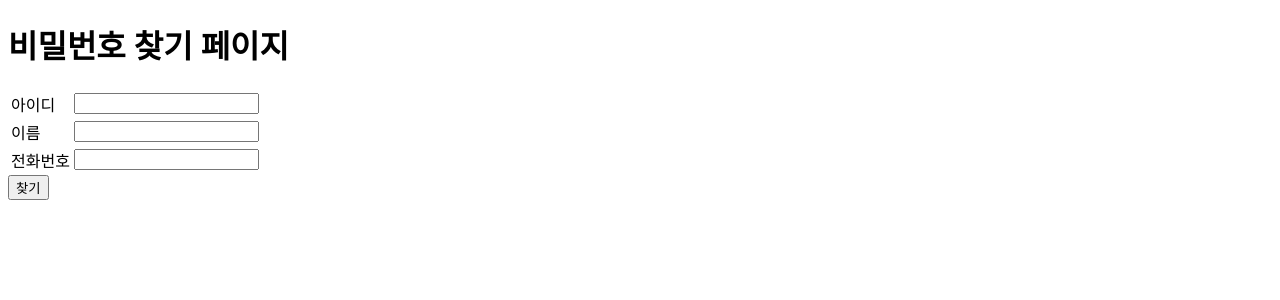
Repository: ksccmp/notice-board
Page: http://localhost/board/search.jsp
These files come from the project's save history. The page is drawn as it stood at one moment and after a run of saves; the edit follows.
The browser window is 1280 px wide. The pictures show the whole page.
The page is served by Tomcat 9. Nobody is signed in. The application's start-up code is not run.

Above is the page before, as saved 2019-10-07 12:08:21.

After the next 2 saves:
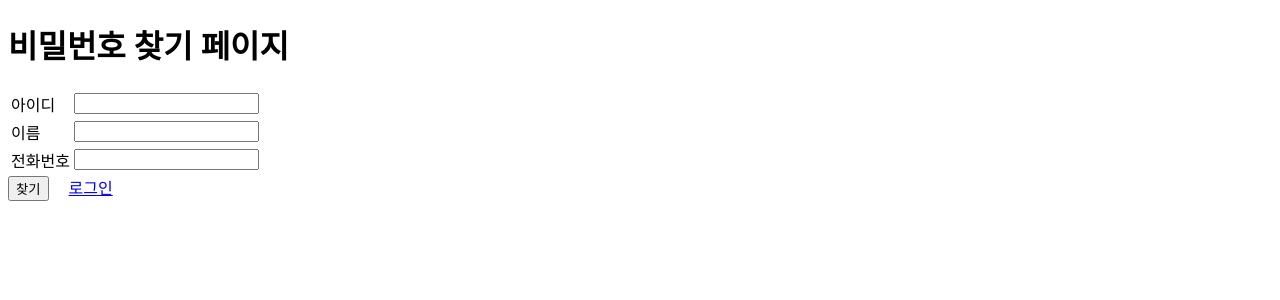
The 2 saves are shown as one change because they came seconds apart.
The last was saved 17 s later.
--- a/board/src/main/webapp/search.jsp
+++ b/board/src/main/webapp/search.jsp
@@ -26,7 +26,7 @@
 		</tr>
 	</table>
 	<input type="button" id="searchbtn" name="searchbtn" value="찾기"> &nbsp; &nbsp;
-
+	<a href="login.jsp">로그인</a>
 	<br>
 	<br>
 	<div id="result"></div>
